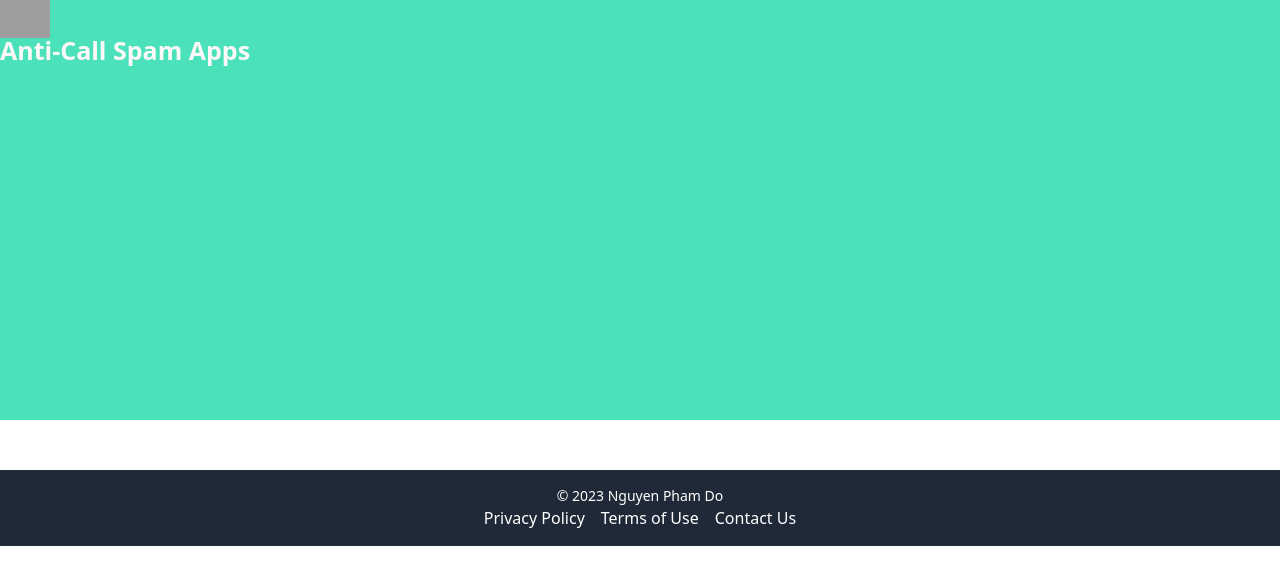
Repository: NPham1402/Web-user-callSpamBlocker
Page: /detail
An editor plug-in stored every save of this project. The page is shown before and after the next save, followed by the edit.
The browser window is 1280 px wide. The pictures show the whole page.
Pictures or frames that could not be fetched are drawn as grey boxes. The project was rebuilt for these pictures with package versions that can differ from the ones it lists, and the page was loaded fresh each time. The framework's server and built-in components were replaced by stand-ins that run in the browser. Also part of the build but not shown: next.config.js.

Above is the page before, as saved 2023-02-09 20:28:07.

### pages/detail.js
import Head from "next/head";
import { useRouter } from "next/router";
import React from "react";

function detail() {
  const router = useRouter();
  const {
    query: { id },
  } = router;
  return (
    <>
      {" "}
      <Head>
        <title>Check number spam</title>
        <meta name="description" content="Generated by create next app" />
        <meta name="viewport" content="width=device-width, initial-scale=1" />
        <link rel="icon" href="/favicon.ico" />
      </Head>
      <main className="relative">
        <div className="w-100 flex flex-col h-[420px] bg-[#4BE1BA]">
          <img
            src="https://static.callblocker.org/img/logo.png"
            className=" w-[50px]"
          />
          <p className=" leading-none font-Raleway font-semibold text-[25px] text-[#FFF8F8] ">
            Anti-Call Spam Apps
          </p>
        </div>
      </main>
      <footer class="bg-gray-800 mt-[50px] text-white py-4">
        <div class="container mx-auto">
          <p class="text-center text-sm">&copy; 2023 Nguyen Pham Do</p>
          <div class="flex justify-center">
            <a href="#" class="text-white mx-2">
              Privacy Policy
            </a>
            <a href="#" class="text-white mx-2">
              Terms of Use
            </a>
            <a href="#" class="text-white mx-2">
              Contact Us
            </a>
          </div>
        </div>
      </footer>
    </>
  );
}

export default detail;

### styles/globals.css
@tailwind base;
@tailwind components;
@tailwind utilities;
@import url('https://fonts.googleapis.com/css2?family=Raleway:ital&display=swap');

Loaded but not shown: pages/_app.js (common file); pages/_document.js (common file); tailwind.config.js (common file)

After the next save:
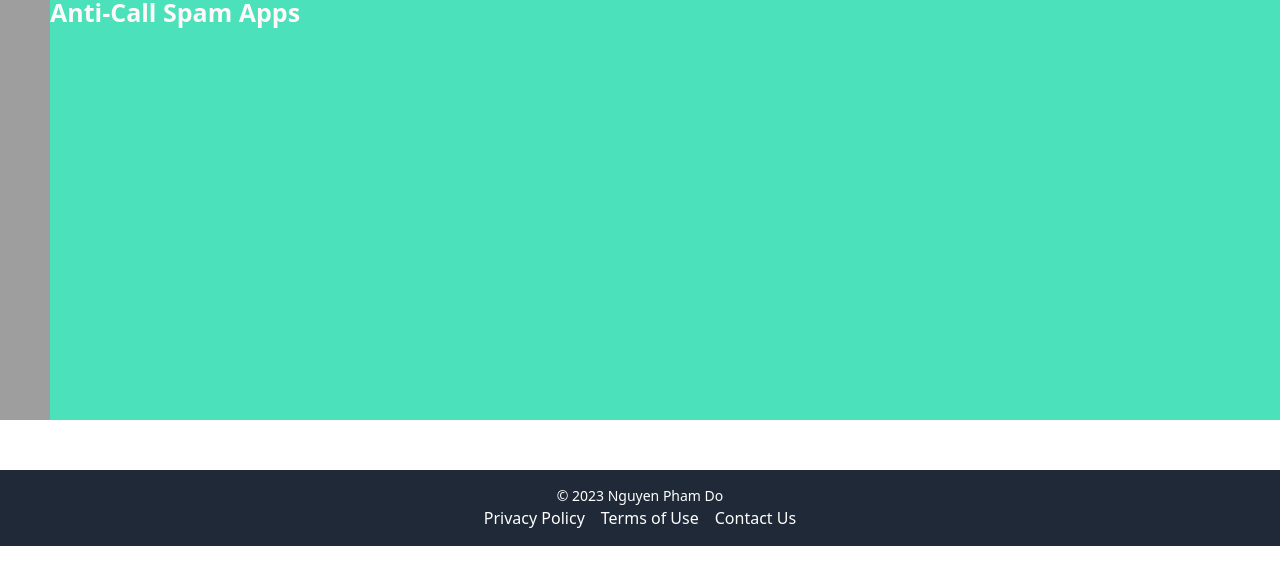
Saved 4 s later.
--- a/pages/detail.js
+++ b/pages/detail.js
@@ -17,7 +17,7 @@ function detail() {
         <link rel="icon" href="/favicon.ico" />
       </Head>
       <main className="relative">
-        <div className="w-100 flex flex-col h-[420px] bg-[#4BE1BA]">
+        <div className="w-100 flex flex-row h-[420px] bg-[#4BE1BA]">
           <img
             src="https://static.callblocker.org/img/logo.png"
             className=" w-[50px]"
